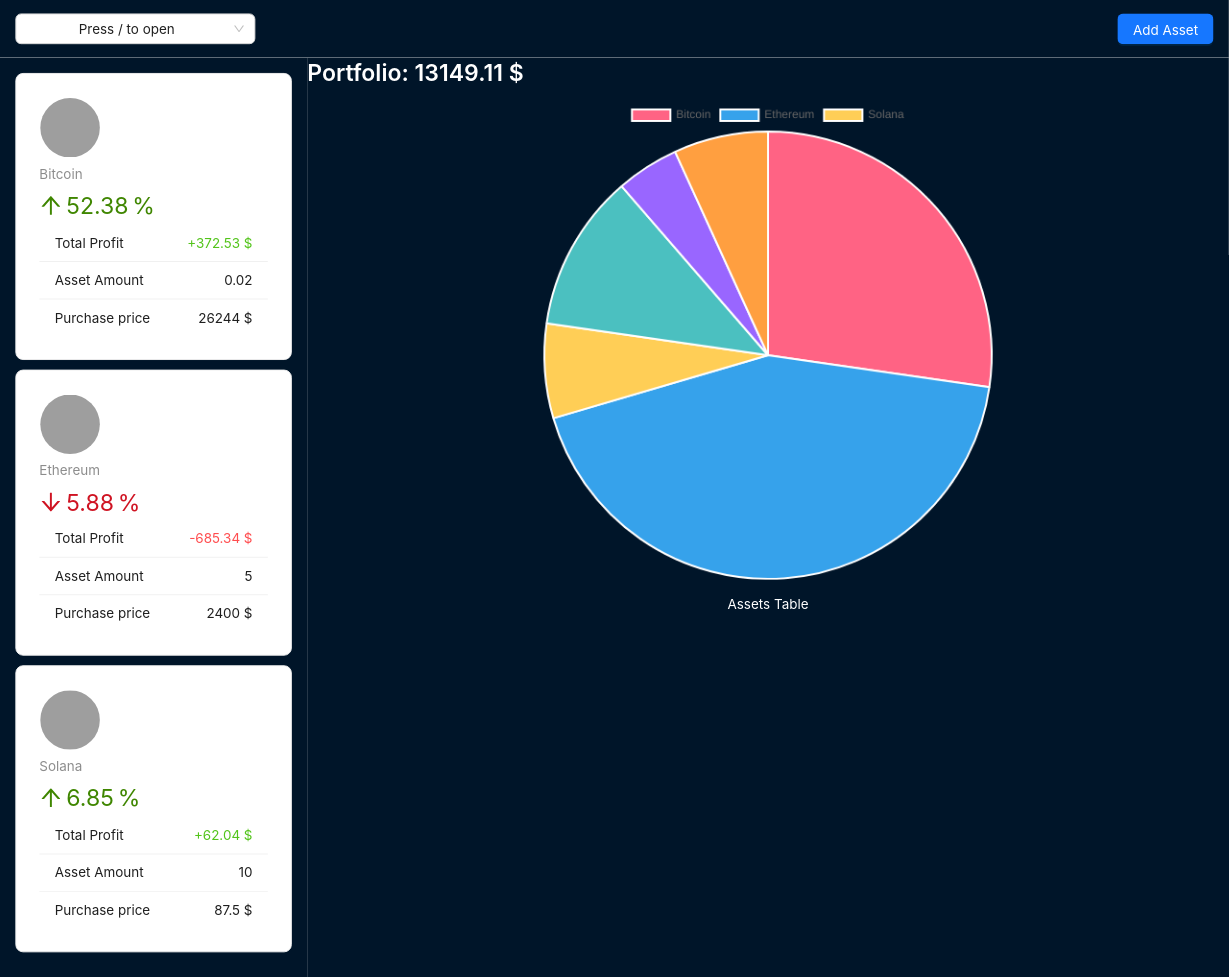
Repository: Vadia23/React-Crypto-App
Page: /
An editor plug-in stored every save of this project. The page is shown before and after the next save, followed by the edit.
The browser window is 1280 px wide. The pictures show the whole page, at 96% of full size.
Pictures or frames that could not be fetched are drawn as grey boxes. The project was rebuilt for these pictures with package versions that can differ from the ones it lists, and the page was loaded fresh each time. Also part of the build but not shown: vite.config.js, src/components/CoinInfo.jsx, src/components/CoinInfoModal.jsx, src/components/AddAssetForm.jsx, src/components/layout/AppConten.jsx.

Above is the page before, as saved 2024-02-28 17:17:09.

### src/App.jsx
import { Layout } from "antd";
import AppHeader from "./components/layout/AppHeader";
import AppSider from "./components/layout/AppSider";
import AppContent from "./components/layout/AppConten";
import { CryptoContextProvider } from "./context/cryptoContext";
import AppLayout from "./components/layout/AppLayout";

export default function App() {
  return (
    <CryptoContextProvider>
      <AppLayout />
    </CryptoContextProvider>
  );
}

### src/components/layout/AppHeader.jsx
import { Button, Layout, Modal, Select, Space, Drawer } from "antd";
import { useCrypto } from "../../context/cryptoContext";
import { useEffect, useState } from "react";
import CoinInfoModal from "../CoinInfoModal";
import AddAssetForm from "../AddAssetForm";

const headerStyle = {
  textAlign: "center",
  color: "#fff",
  height: 60,
  width: "100%",
  padding: "1rem",
  display: "flex",
  justifyContent: "space-between",
  alignItems: "center",
};

export default function AppHeader() {
  const [select, setSelect] = useState(false);
  const [modal, setModal] = useState(false);
  const [drawer, setDrawer] = useState(false);
  const [coin, setCoin] = useState(null);
  const { crypto } = useCrypto();

  function handleSelect(value) {
    setModal(true);
    setCoin(crypto.find((c) => c.id === value));
    // const coin = crypto.findIndex((coin) => coin.id === value);
    // setCoin(crypto[coin]);
  }

  useEffect(() => {
    const keypress = (event) => {
      if (event.key === "/") {
        setSelect((prev) => !prev);
      }
    };

    document.addEventListener("keypress", keypress);
    return () => document.removeEventListener("keypress", keypress);
  }, []);

  return (
    <Layout.Header style={headerStyle}>
      <Select
        open={select}
        // mode="multiple"
        style={{ width: 250 }}
        onClick={() => setSelect((prev) => !prev)}
        value={"Press / to open"}
        onSelect={handleSelect}
        // optionLabelProp="label"
        options={crypto.map((coin) => ({
          label: coin.name,
          value: coin.id,
          icon: coin.icon,
        }))}
        optionRender={(option) => (
          <Space>
            <img
              style={{ width: 20 }}
              src={option.data.icon}
              alt={option.data.label}
            />{" "}
            {option.data.label}
          </Space>
        )}
      />
      <Button type="primary" onClick={() => setDrawer(true)}>
        Add Asset
      </Button>

      <Modal
        open={modal}
        onCancel={() => {
          setModal(false), setCoin(null);
        }}
        footer={null}
      >
        <CoinInfoModal coin={coin} />
      </Modal>

      <Drawer
        width={"40%"}
        title="Add Asset"
        onClose={() => setDrawer(false)}
        open={drawer}
        destroyOnClose
      >
        <AddAssetForm onClose={() => setDrawer(false)} />
      </Drawer>
    </Layout.Header>
  );
}

### src/components/layout/AppSider.jsx
import { Avatar, Card, Layout, List, Statistic, Typography } from "antd";
import { ArrowDownOutlined, ArrowUpOutlined } from "@ant-design/icons";
import { useContext } from "react";
import { capitalize } from "../../utils";
import CryptoContext from "../../context/cryptoContext";

export default function AppSider() {
  const { assets } = useContext(CryptoContext);

  return (
    <Layout.Sider width="25%" style={{ padding: "1rem" }}>
      {assets.map((asset, i) => (
        <Card key={i} style={{ marginBottom: "10px" }}>
          <Avatar size={64} src={asset.icon} style={{ marginBottom: "5px" }} />
          <Statistic
            title={capitalize(asset.id)}
            value={asset.growPercent}
            precision={2}
            valueStyle={{ color: asset.grow ? "#3f8600" : "#cf1322" }}
            prefix={asset.grow ? <ArrowUpOutlined /> : <ArrowDownOutlined />}
            suffix="%"
          />
          <List
            size="small"
            dataSource={[
              {
                title: "Total Profit",
                value: (
                  <Typography.Text type={asset.grow ? "success" : "danger"}>
                    {asset.grow
                      ? "+" + asset.totalProfit + " $"
                      : asset.totalProfit + " $"}
                  </Typography.Text>
                ),
              },
              { title: "Asset Amount", value: asset.amount },
              { title: "Purchase price", value: asset.price + " $" },
            ]}
            renderItem={(item) => (
              <List.Item>
                <span>{item.title}</span>
                {}
                <span>{item.value}</span>
              </List.Item>
            )}
          />
        </Card>
      ))}
    </Layout.Sider>
  );
}

### src/context/cryptoContext.jsx
import { createContext, useContext, useEffect, useState } from "react";
import { fakeFetchCrypto, fetchAssets } from "../api";
import { percentDifference } from "../utils";

const CryptoContext = createContext({
  assets: [],
  crypto: [],
  isLoading: false,
});

export function CryptoContextProvider({ children }) {
  const [isLoading, setIsLoading] = useState(false);
  const [crypto, setCrypto] = useState([]);
  const [assets, setAssets] = useState([]);

  function mapAssets(assets, result) {
    return assets.map((asset) => {
      const coin = result.find((c) => c.id === asset.id);
      return {
        grow: asset.price < coin.price, // boolean for color of statistic
        growPercent: percentDifference(asset.price, coin.price),
        totalAmount: asset.amount * coin.price,
        totalProfit: +(
          asset.amount * coin.price -
          asset.amount * asset.price
        ).toFixed(2),
        name: coin.name,
        icon: coin.icon,
        ...asset,
      };
    });
  }

  useEffect(() => {
    async function preload() {
      setIsLoading(true);
      const { result } = await fakeFetchCrypto();
      const assets = await fetchAssets();

      setCrypto(result);
      setAssets(mapAssets(assets, result));
      setIsLoading(false);
    }
    preload();
  }, []);

  function addAsset(newAsset) {
    return setAssets((prev) => mapAssets([...prev, newAsset], crypto));
  }

  return (
    <CryptoContext.Provider value={{ isLoading, crypto, assets, addAsset }}>
      {children}
    </CryptoContext.Provider>
  );
}

export default CryptoContext;

export function useCrypto() {
  return useContext(CryptoContext);
}

### src/components/layout/AppLayout.jsx
import { Layout, Spin } from "antd";
import AppHeader from "./AppHeader";
import AppSider from "./AppSider";
import AppContent from "./AppContent";
import { useContext } from "react";
import CryptoContext from "../../context/cryptoContext";

export default function AppLayout() {
  const { isLoading } = useContext(CryptoContext);

  if (isLoading) {
    return <Spin spinning={isLoading} fullscreen />;
  }

  return (
    <Layout>
      <AppHeader />
      <Layout>
        <AppSider />
        <AppContent />
      </Layout>
    </Layout>
  );
}

### src/utils.js
export function percentDifference(a, b) {
  return +(100 * Math.abs((a - b) / ((a + b) / 2))).toFixed(2);
}

export function capitalize(str) {
  return str.charAt(0).toUpperCase() + str.substr(1);
}

### src/api.js
import { cryptoAssets, cryptoData } from "./data";

export function fakeFetchCrypto() {
  return new Promise((resolve) => {
    setTimeout(() => {
      resolve(cryptoData);
    }, 1);
  });
}
export function fetchAssets() {
  return new Promise((resolve) => {
    setTimeout(() => {
      resolve(cryptoAssets);
    }, 1);
  });
}

### src/components/layout/AppContent.jsx
import { Layout, Typography } from "antd";
import { useCrypto } from "../../context/cryptoContext";
import PortfolioChart from "../PortfolioChart";
import AssetsTable from "../AssetsTable";

const contentStyle = {
  textAlign: "center",
  minHeight: "calc(100vh - 60px)",
  color: "#fff",
  backgroundColor: "#001529",
};

export default function AppContent() {
  const { assets, crypto } = useCrypto();
  const cryptoPriceMap = crypto.reduce((acc, c) => {
    acc[c.id] = c.price;
    return acc;
  }, {});

  return (
    <Layout.Content style={contentStyle}>
      <Typography.Title level={3} style={{ color: "#fff", textAlign: "left" }}>
        Portfolio:{" "}
        {assets
          .map((asset) => {
            // const coin = crypto.find((c) => c.id === asset.id);
            // return asset.amount * coin.price;
            return asset.amount * cryptoPriceMap[asset.id];
          })
          .reduce((acc, v) => acc + v, 0)
          .toFixed(2)}{" "}
        $
      </Typography.Title>
      <PortfolioChart />
      <AssetsTable />
    </Layout.Content>
  );
}

### src/components/PortfolioChart.jsx
import { Chart as ChartJS, ArcElement, Tooltip, Legend } from "chart.js";
import { Pie } from "react-chartjs-2";
import { useCrypto } from "../context/cryptoContext";

ChartJS.register(ArcElement, Tooltip, Legend);

export default function PortfolioChart() {
  const { assets } = useCrypto();

  const data = {
    labels: assets.map((a) => a.name),
    datasets: [
      {
        label: "# of Votes",
        data: [12, 19, 3, 5, 2, 3],
        backgroundColor: [
          "rgba(255, 99, 132, 1)",
          "rgba(54, 162, 235, 1)",
          "rgba(255, 206, 86, 1)",
          "rgba(75, 192, 192, 1)",
          "rgba(153, 102, 255, 1)",
          "rgba(255, 159, 64, 1)",
        ],
      },
    ],
  };

  return (
    <div
      style={{
        display: "flex",
        marginBottom: "1rem",
        justifyContent: "center",
        height: 500,
      }}
    >
      <Pie data={data} />
    </div>
  );
}

### src/components/AssetsTable.jsx
export default function AssetsTable() {
  return <div>Assets Table</div>;
}

Loaded but not shown: index.html (common file); src/main.jsx (common file); src/index.css (common file); src/data.js (631 lines, source omitted)

After the next save:
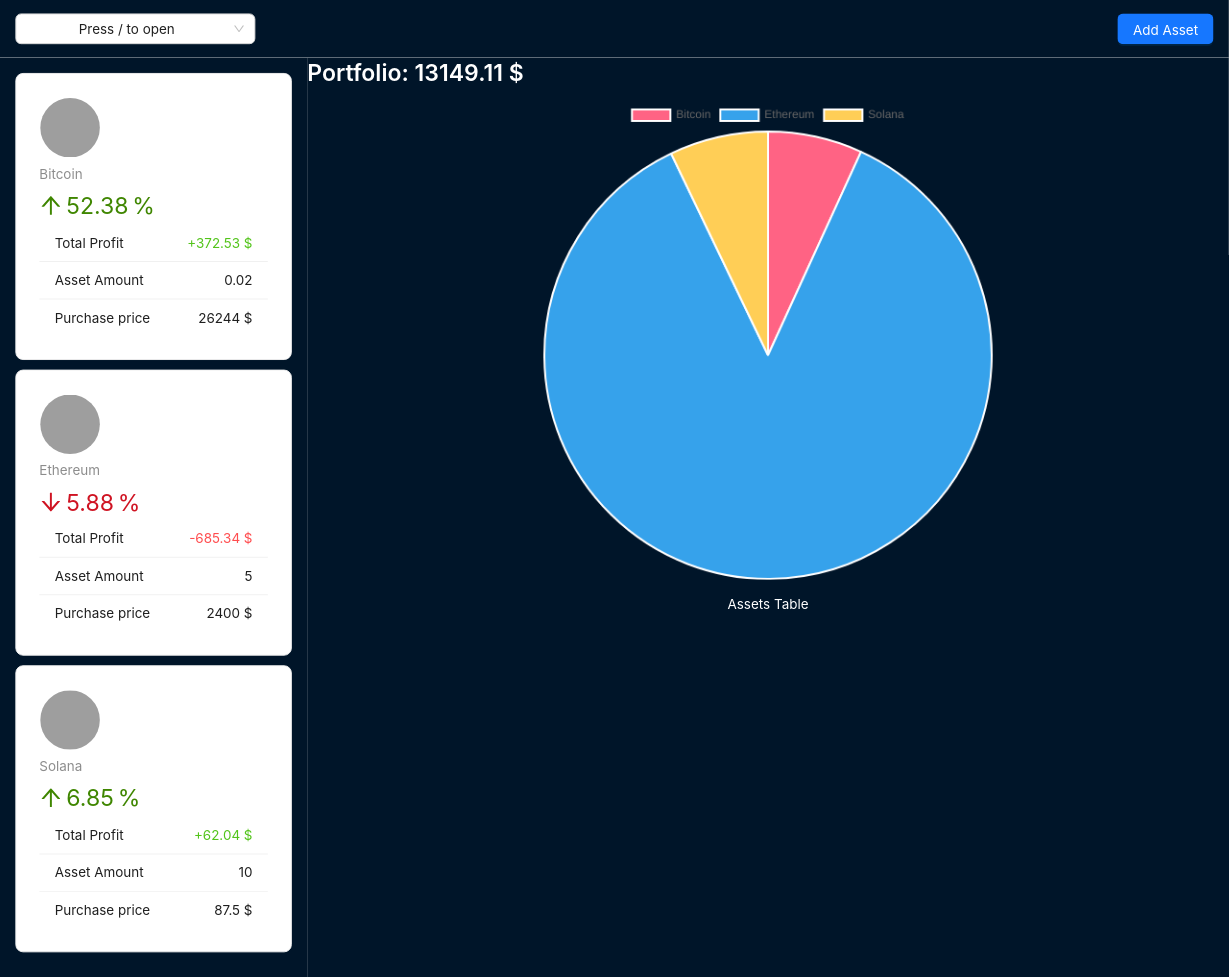
Saved 88 s later.
--- a/src/components/PortfolioChart.jsx
+++ b/src/components/PortfolioChart.jsx
@@ -11,8 +11,8 @@
     labels: assets.map((a) => a.name),
     datasets: [
       {
-        label: "# of Votes",
-        data: [12, 19, 3, 5, 2, 3],
+        label: "$",
+        data: assets.map((a) => a.totalAmount),
         backgroundColor: [
           "rgba(255, 99, 132, 1)",
           "rgba(54, 162, 235, 1)",
